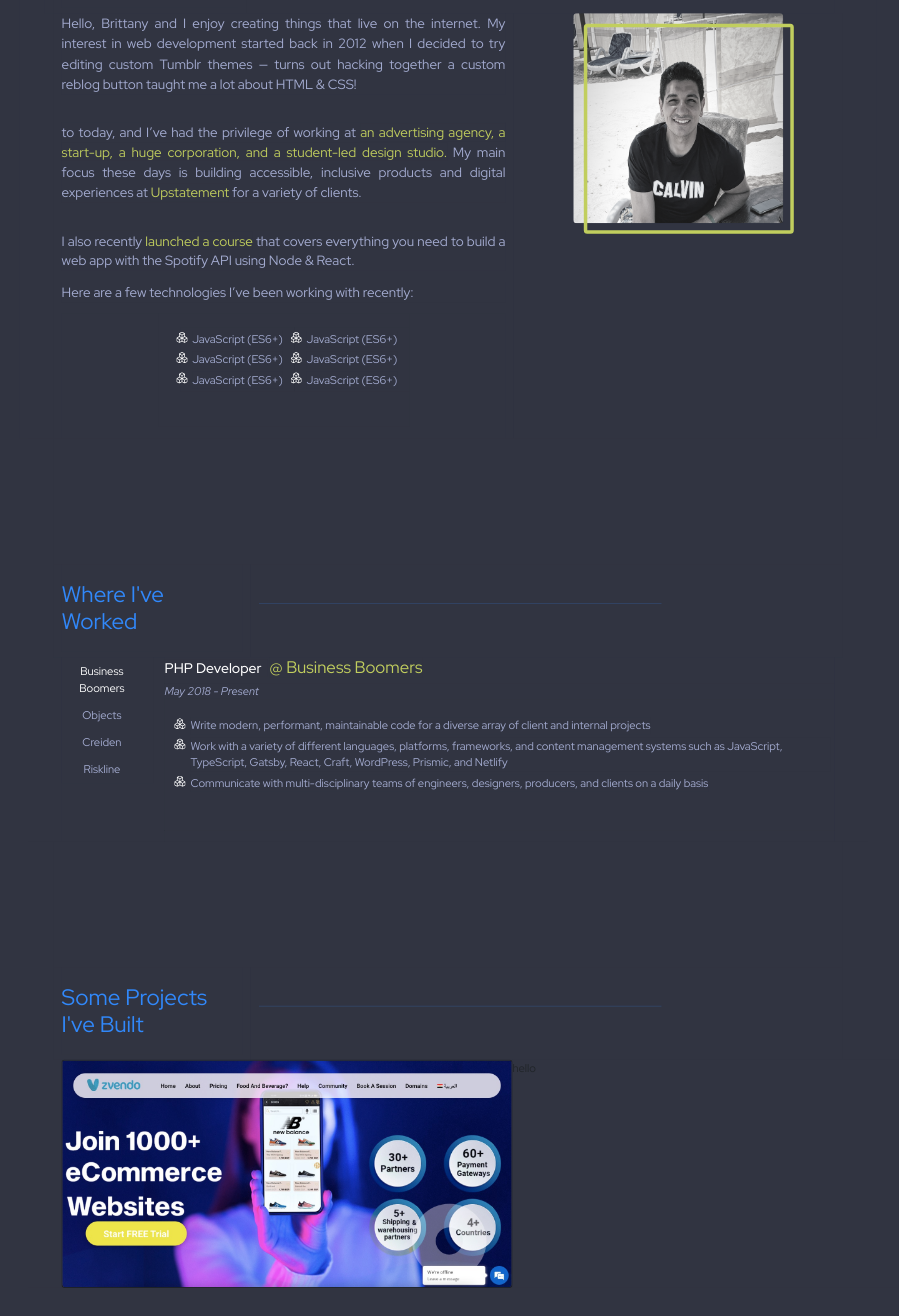
Repository: aya7abbal/Talaat-s-Portfolio
Page: index.html
The author's editor kept a copy of each file at every save. The page is drawn from the files as they stood at one save, then again after the next save.
The browser window is 1280 px wide. The page is 1284 px wide, so the pictures cover 1284 px, including what lies to the right of the window. The pictures show the part of the page from y = 937 to 2817 px (the page is 2817 px tall), at 70% of full size.
Some web libraries are served in a nearby version. The style sheet was rebuilt from its Sass, Less or Tailwind sources for each picture, by a compiler version that may differ from the author's.

Above is the page before, as saved 2022-02-07 18:57:01.

### index.html
<!DOCTYPE html>
<html lang="en">
  <head>
    <!-- Required meta tags -->
    <meta charset="utf-8" />
    <meta name="viewport" content="width=device-width, initial-scale=1" />

    <!-- Bootstrap CSS -->
    <link
      href="https://cdn.jsdelivr.net/npm/bootstrap@5.0.2/dist/css/bootstrap.min.css"
      rel="stylesheet"
      integrity="sha384-EVSTQN3/azprG1Anm3QDgpJLIm9Nao0Yz1ztcQTwFspd3yD65VohhpuuCOmLASjC"
      crossorigin="anonymous"
    />

    <!-- Favicon -->
    <link
      rel="shortcut icon"
      type="image/x-icon"
      href="./images/favicon/favicon.ico"
    />

    <!-- Font Awesome -->
    <script
      src="https://kit.fontawesome.com/fd7fa2f891.js"
      crossorigin="anonymous"
    ></script>

    <!-- Bootstrap Icons -->
    <link
      rel="stylesheet"
      href="https://cdn.jsdelivr.net/npm/bootstrap-icons@1.8.0/font/bootstrap-icons.css"
    />

    <!-- Main Stylesheet -->
    <link rel="stylesheet" href="./styles/styles.css" />

    <title>Ahmed's Portfolio</title>
  </head>
  <body>
    <!-- Navbar -->
    <nav class="navbar navbar-expand-md navbar-dark py-3">
      <div class="container-fluid d-flex justify-content-between">
        <div class="navbar-logo">
          <a class="navbar-brand navbar-border navbar-content__hidden" href="#"
            >AT</a
          >
        </div>

        <!-- Offcanvas  Hidden MENU -->
        <div class="offcanvas-menu">
          <button
            class="btn navbar-content__hidden rotating-icon"
            type="button"
            data-bs-toggle="offcanvas"
            data-bs-target="#offcanvasRight"
            aria-controls="offcanvasRight"
          >
            <i class="bi bi-x-diamond fs-2 text-white"></i>
          </button>
          <div
            class="offcanvas offcanvas-end"
            tabindex="-1"
            id="offcanvasRight"
            aria-labelledby="offcanvasRightLabel"
          >
            <div class="offcanvas-header">
              <h5 id="offcanvasRightLabel"></h5>
              <button
                type="button"
                class="btn text-reset"
                data-bs-dismiss="offcanvas"
                aria-label="Close"
              >
                <i class="bi bi-x-diamond fs-2 text-white rotated-icon"></i>
              </button>
            </div>
            <div class="offcanvas-body">
              <ul class="navbar-nav text-center">
                <li class="nav-item">
                  <a class="nav-link active" aria-current="page" href="#"
                    >About</a
                  >
                </li>
                <li class="nav-item">
                  <a class="nav-link" href="#">Experience</a>
                </li>
                <li class="nav-item">
                  <a class="nav-link" href="#">Work</a>
                </li>
                <li class="nav-item">
                  <a class="nav-link" href="#">Contact</a>
                </li>
                <li>
                  <a
                    class="btn btn-green my-4"
                    href="./Ahmed Talaat.pdf"
                    download
                  >
                    Resume</a
                  >
                </li>
              </ul>
            </div>
          </div>
        </div>

        <!-- NAVBAR Collapsable -->
        <div
          class="collapse navbar-collapse justify-content-between align-items-baseline"
          id="navbarNav"
        >
          <a class="navbar-brand navbar-border" href="#">AT</a>

          <ul class="navbar-nav">
            <li class="nav-item">
              <a class="nav-link active" aria-current="page" href="#">About</a>
            </li>
            <li class="nav-item">
              <a class="nav-link" href="#">Experience</a>
            </li>
            <li class="nav-item">
              <a class="nav-link" href="#">Work</a>
            </li>
            <li class="nav-item">
              <a class="nav-link" href="#">Contact</a>
            </li>
          </ul>

          <a
            class="btn btn-green"
            href="./Ahmed Talaat.pdf"
            download
          >Resume</a >
        </div>
      </div>
    </nav>
    <div class="body-wrapper">
      <!-- Introduction -->
      <div class="intro px-5">
        <h6>Hi, my name is</h6>

        <br />

        <h2>Ahmed Talaat.</h2>
        <h3 class="pb-2">I'm a Back-end Developer.</h3>

        <br />

        <p>
          I’m a software engineer specializing in building (and occasionally
          designing) exceptional digital experiences. Currently, I’m focused on
          building accessible, human-centered products at
          <a href="#">Riskline.</a>
        </p>

        <br />

        <a class=" btn btn-green btn-lg" href="https://calendly.com/atalaat-92/short-discussion?month=2022-02" target="_blank"> Book a Meeting</a>
      </div>

      <!-- About -->

      <div class="about px-5 row">
        <div class="section-header row">
          <div class="col-md-4 col-lg-3 col-5">
            <h4 class="py-4">About Me</h4>
          </div>
          <div class="col-md-8 col-lg-9 col-7">
            <hr />
          </div>
        </div>

        <!-- About Paragraph -->
        <div class="col-12 col-lg-7">
          <p>
            Hello, Brittany and I enjoy creating things that live on the
            internet. My interest in web development started back in 2012 when I
            decided to try editing custom Tumblr themes — turns out hacking
            together a custom reblog button taught me a lot about HTML & CSS!
          </p>
          <br />

          <p>
            to today, and I’ve had the privilege of working at
            <a href=""
              >an advertising agency, a start-up, a huge corporation, and a
              student-led design studio.</a
            >
            My main focus these days is building accessible, inclusive products
            and digital experiences at <a href="">Upstatement</a> for a variety
            of clients.
          </p>

          <br />
          <p>
            I also recently <a href="">launched a course</a> that covers
            everything you need to build a web app with the Spotify API using
            Node & React.
          </p>

          <p>Here are a few technologies I’ve been working with recently:</p>

          <div class="iconed-list d-flex justify-content-center">
            <ul class="row">
              <div class="col-6">
                <li>JavaScript (ES6+)</li>
                <li>JavaScript (ES6+)</li>
                <li>JavaScript (ES6+)</li>
              </div>

              <div class="col-6">
                <li>JavaScript (ES6+)</li>
                <li>JavaScript (ES6+)</li>
                <li>JavaScript (ES6+)</li>
              </div>
            </ul>
          </div>
        </div>

        <div class="col-12 col-lg-5 d-flex justify-content-center pb-5">
          <!-- About Image -->
          <div class="about-img">
           <div> <img
            src="./images/B903239F-D317-4387-9DFC-7195C9C90247_1_105_c.jpeg"
            alt=""
            width="300px"
            height="300px"
          /></div>
            <div class="about-img__border"></div>
          </div>
        </div>
      </div>

      <!-- Work -->

      <div class="work px-5">
        <div class="section-header row">
          <div class="col-md-4 col-lg-3 col-7">
            <h4 class="py-4">Where I've Worked</h4>
          </div>
          <div class="col-md-8 col-lg-9 col-5">
            <hr />
          </div>
        </div>
        <div>
          <!-- Nav tabs -->
          <div class="d-flex flex-md-row flex-column align-items-start">
            <div
              class="nav flex-md-column nav-pills me-3 mb-4 pe-md-3 nav-tabs"
              id="v-pills-tab"
              role="tablist"
              aria-orientation="vertical"
            >
              <button
                class="nav-link active"
                id="v-pills-home-tab"
                data-bs-toggle="pill"
                data-bs-target="#v-pills-home"
                type="button"
                role="tab"
                aria-controls="v-pills-home"
                aria-selected="true"
              >
                Business Boomers
              </button>
              <button
                class="nav-link"
                id="v-pills-profile-tab"
                data-bs-toggle="pill"
                data-bs-target="#v-pills-profile"
                type="button"
                role="tab"
                aria-controls="v-pills-profile"
                aria-selected="false"
              >
                Objects
              </button>
              <button
                class="nav-link"
                id="v-pills-messages-tab"
                data-bs-toggle="pill"
                data-bs-target="#v-pills-messages"
                type="button"
                role="tab"
                aria-controls="v-pills-messages"
                aria-selected="false"
              >
                Creiden
              </button>
              <button
                class="nav-link"
                id="v-pills-settings-tab"
                data-bs-toggle="pill"
                data-bs-target="#v-pills-settings"
                type="button"
                role="tab"
                aria-controls="v-pills-settings"
                aria-selected="false"
              >
                Riskline
              </button>
            </div>
            <div class="tab-content" id="v-pills-tabContent">
              <div
                class="tab-pane fade show active"
                id="v-pills-home"
                role="tabpanel"
                aria-labelledby="v-pills-home-tab"
              >
                <div class="work-title">
                  <h5 class="pe-2">PHP Developer</h5>
                  <h6>@ Business Boomers</h6>
                </div>
                <div class="work-date">
                  <i>May 2018 - Present </i>

                  <ul class="iconed-list">
                    <li>
                      Write modern, performant, maintainable code for a diverse
                      array of client and internal projects
                    </li>
                    <li>
                      Work with a variety of different languages, platforms,
                      frameworks, and content management systems such as
                      JavaScript, TypeScript, Gatsby, React, Craft, WordPress,
                      Prismic, and Netlify
                    </li>
                    <li>
                      Communicate with multi-disciplinary teams of engineers,
                      designers, producers, and clients on a daily basis
                    </li>
                  </ul>
                </div>
              </div>

              <div
                class="tab-pane fade"
                id="v-pills-profile"
                role="tabpanel"
                aria-labelledby="v-pills-profile-tab"
              >
                <div class="work-title">
                  <h5 class="pe-2">Back-end Developer</h5>
                  <h6>@ Objects</h6>
                </div>
                <div class="work-date">
                  <i>May 2018 - Present </i>

                  <ul class="iconed-list">
                    <li>
                      Write modern, performant, maintainable code for a diverse
                      array of client and internal projects
                    </li>
                    <li>
                      Work with a variety of different languages, platforms,
                      frameworks, and content management systems such as
                      JavaScript, TypeScript, Gatsby, React, Craft, WordPress,
                      Prismic, and Netlify
                    </li>
                    <li>
                      Communicate with multi-disciplinary teams of engineers,
                      designers, producers, and clients on a daily basis
                    </li>
                  </ul>
                </div>
              </div>

              <div
                class="tab-pane fade"
                id="v-pills-messages"
                role="tabpanel"
                aria-labelledby="v-pills-messages-tab"
              >
                <div class="work-title">
                  <h5 class="pe-2">Back-end Developer</h5>
                  <h6>@ Creiden</h6>
                </div>
                <div class="work-date">
                  <i>May 2018 - Present </i>

                  <ul class="iconed-list">
                    <li>
                      Write modern, performant, maintainable code for a diverse
                      array of client and internal projects
                    </li>
                    <li>
                      Work with a variety of different languages, platforms,
                      frameworks, and content management systems such as
                      JavaScript, TypeScript, Gatsby, React, Craft, WordPress,
                      Prismic, and Netlify
                    </li>
                    <li>
                      Communicate with multi-disciplinary teams of engineers,
                      designers, producers, and clients on a daily basis
                    </li>
                  </ul>
                </div>
              </div>

              <div
                class="tab-pane fade"
                id="v-pills-settings"
                role="tabpanel"
                aria-labelledby="v-pills-settings-tab"
              >
                <div class="work-title">
                  <h5 class="pe-2">Project Manager</h5>
                  <h6>@ Riskline</h6>
                </div>
                <div class="work-date">
                  <i>May 2018 - Present </i>

                  <ul class="iconed-list">
                    <li>
                      Write modern, performant, maintainable code for a diverse
                      array of client and internal projects
                    </li>
                    <li>
                      Work with a variety of different languages, platforms,
                      frameworks, and content management systems such as
                      JavaScript, TypeScript, Gatsby, React, Craft, WordPress,
                      Prismic, and Netlify
                    </li>
                    <li>
                      Communicate with multi-disciplinary teams of engineers,
                      designers, producers, and clients on a daily basis
                    </li>
                  </ul>
                </div>
              </div>
            </div>
          </div>
        </div>
      </div>

      <!-- Projects -->

      <div class="projects px-5">
        <div class="section-header row">
          <div class="col-md-4 col-lg-3 col-7">
            <h4 class="py-4">Some Projects I've Built</h4>
          </div>
          <div class="col-md-8 col-lg-9 col-5">
            <hr />
          </div>
        </div>

        <div class="project-card d-flex">
          <div class="card bg-dark text-white col-md-7">
            <img src="./images/project-1.jpeg" class="card-img" alt="...">
            <div class="card-img-overlay d-md-none">
              <h5 class="card-title">Card title</h5>
              <p class="card-text">This is a wider card with supporting text below as a natural lead-in to additional content. This content is a little bit longer.</p>
              <p class="card-text"></p>
            </div>
          </div>
          <div class="col-6 project-desc">
            hello
          </div>
        </div>
      </div>



    </div>


    <!-- Footer -->
    <footer>
      <div class="footer-left">
        <div class="footer-left__link">
          <i class="fab fa-github"><a href="#"></a></i>
        </div>
        <div class="footer-left__link">
          <i class="fab fa-twitter"><a href=""></a></i>
        </div>
        <div class="footer-left__link">
          <i class="fab fa-linkedin-in"><a href=""></a></i>
        </div>
        <div class="footer-left__link">
          <i class="fas fa-phone"><a href=""></a></i>
        </div>
        <div class="footer-left__link line"></div>
      </div>



      <div class="footer-right">
        <div class="footer-right__link">
          <a href="">@ahmed.talaat.92@hotmail.com</a>

        <div class="footer-right__link line"></div>
      </div>
    </footer>

    <!-- Bootstrap Bundle with Popper -->
    <script
      src="https://cdn.jsdelivr.net/npm/bootstrap@5.0.2/dist/js/bootstrap.bundle.min.js"
      integrity="sha384-MrcW6ZMFYlzcLA8Nl+NtUVF0sA7MsXsP1UyJoMp4YLEuNSfAP+JcXn/tWtIaxVXM"
      crossorigin="anonymous"
    ></script>
    <script type="module" src="./scripts/script.js"></script>
  </body>
</html>

### scripts/script.js
// const rotatingIcon = document.querySelector(".rotating-icon")
// const rotatedIcon = document.querySelector(".rotated-icon")


// rotatingIcon.addEventListener('click',function(event) {
// console.log(event)
//     rotatingIcon.style.display="hidden"
// })

### styles/styles.scss

// Fonts
@import url('https://fonts.googleapis.com/css2?family=Dosis:wght@200;300;400;500;600&family=Red+Hat+Display:ital,wght@0,300;0,400;0,500;0,600;0,700;0,900;1,300;1,400;1,500;1,600&family=Satisfy&display=swap');
// Partials
@import "./components/navbar";
@import"./components/footer";
@import "./variables/colors";
@import "./components/buttons";
@import "./variables/fonts";
@import "./components/pages";
@import "./variables/images";
@import "./components/projects";




// font-family: 'Dosis', sans-serif;
// font-family: 'Red Hat Display', sans-serif;
// font-family: 'Satisfy', cursive;

*{
font-family: 'Red Hat Display', sans-serif;
background-color: var(--navy);

}

body{
    margin: 0%;
    max-width: 100%;
    overflow-x: hidden;
    background-color: var(--navy);

    @media (min-width:768px) {
        padding: 40px;
    }
}

### styles/components/_navbar.scss
.navbar-content__hidden{
    display: none;
    @media (max-width:768px) {
        display: inline-block;
    }
}

.navbar-brand{
    border: solid 2px var(--green);
    border-radius: 5px 20px;
    padding: 8px;

    &:hover{
        background-color: var(--green);
    }
}

### styles/components/_footer.scss
footer {

    @media (max-width:768px) {
display: none;
    }

  .footer-left {
    position: fixed;
    bottom: 10px;
    left: 20px;
    i {
      font-size: 1.2em;
      color: white;
      margin: 20px 10px;
      &:hover{
          color: greenyellow;
          transform: translateY(-3px);
      }
    }

    .line {
      border-right: 1px solid white;
      padding: 20px;
      height: 100px;
      background-color: transparent;
      transform: translatex(-19px);
      margin-top: 15px;
    }
  }


  .footer-right {
    position: fixed;
    bottom: 10px;
    right: 20px;
    i{
      font-size: 1.2em;
      color: white;
      margin: 15px 10px;
      &:hover{
          color: greenyellow;
          transform: translateY(-3px);
      }


    }

    a{
        writing-mode: vertical-rl;
        transform: translatex(10px);
        color: white;
        font-size: 1em;
        &:hover{
            color: greenyellow;
            text-decoration: none;
        }
    }

    .line {
      border-right: 1px solid white;
      padding: 20px;
      height: 100px;
      background-color: transparent;
      transform: translatex(-19px);
      margin-top: 15px;
    }
  }
}

### styles/variables/_colors.scss
:root{
    --navy:#313441;
    --lgreen:#c1ce5e;
    --grey:#A4A6BF;
    --bblue:hsl(220, 47%, 62%);
    --green:#97A629;
    --lgreeno:#c1ce5e11;
    --lgrey:#bbc1dd;
    --mdgrey:#a4acd1;
    --blue:#3188fa;

}

### styles/components/_buttons.scss
.btn-green {
  border: 2px solid var(--green);
  padding: 8px;
  color:white;
  border-radius: 5px;

  &:hover {
    color: rgb(197, 197, 197);
    background-color: var(--lgreeno);
  }
}

.btn-blue{
    border: 2px solid var(--blue);
    padding: 8px;
    color:white;
    border-radius: 5px;

    &:hover {
      color: rgb(197, 197, 197);
      background-color: var(--bblue);
    }
}

.rotating-icon, .rotated-icon {
  transform: rotate(45deg) !important;
  z-index: 100;

  &:hover {
    transform: rotate(90deg) !important;
    transition: 0.6s;


  }
  &:active &:focus {
    transform: rotate(90deg) !important;
  }
}

### styles/variables/_fonts.scss



h2 {
  color: white;
  font-size: 2.3em;

  @media (min-width: 768px) {
    font-size: 2.9em;
  }
}

h3 {
  color: var(--blue);
  font-weight: 600;
  font-size: 2.2em;

  @media (min-width: 768px) {
    font-size: 2.7em;
  }
}

h4 {
  color: var(--blue);
  font-weight: 400;
  font-size: 1.5em;
  background-color: var(--navy);

  @media (min-width: 768px) {
    font-size: 2em;
  }
}

h5{
  color: white;
  display: inline-block;
}

h6 {
  font-size: 1.2em;
  color: var(--lgreen);
  font-weight: 400;
  display: inline-block;

  @media (min-width: 768px) {
    font-size: 1.5em;
  }
}

a {
  color: var(--lgreen);
  text-decoration: none;

  &:hover {
    color: var(--green);
    text-decoration: underline;
  }
}

ul{

    padding-top:20px;
    padding-bottom: 50px;
}
.iconed-list li{
    list-style-image:url(../svg/list.svg);
    color: var(--mdgrey);

    padding:10px 10px 0px 10px;
    margin: 5px;
    width: fit-content;
    padding: 0%;
}

p {
  font-size: 1.2em;
  color: var(--mdgrey);
  font-weight: 400;
  text-align: justify;

  @media (min-width: 768px) {
    font-size: 1.2em;
  }
}

i{
  color: var(--mdgrey);
}

.nav-tabs .nav-link{

  color: var(--mdgrey);
  background-color: transparent !important;
  // text-decoration: underline;
  text-decoration-color: var(--mdgrey);

  &:focus{
    background-color: transparent !important;
    color: var(--lgreen);
    border-bottom-color: var(--lgreen);

  }

  &:active{
    background-color: transparent !important;
    color: var(--lgreen);


  }



}

### styles/components/_pages.scss

// INTRODUCTION
.intro{
    padding-top: 160px;
}

// ABOUT


.section-header{
    padding-top:180px ;
    hr{
        position: relative;
        top:30%;
        color: var(--blue);
        width: 70%;
    }
}

#v-pills-tab{
    border: none;
}

### styles/variables/_images.scss
.about-img {
  height: fit-content;
  position: relative;
  display: flex;
  flex-direction: column;
  justify-content: center;


  img {
    // filter: invert(25%) sepia(77%) saturate(2565%) hue-rotate(200deg)
      // brightness(103%) contrast(96%) opacity(90%);
    border-radius: 5px;
    filter: grayscale(90%);
  }
  &:hover {
    img {
      filter: none;
    }
    .about-img__border{
        transform: translate(0px, 0px);
        transition: .1s;


    }
  }

  .about-img__border {
    position: absolute;
    border: 5px solid var(--lgreen);
    border-radius: 5px;
    width: 300px;
    height: 300px;
    transform: translate(15px, 15px);
    background-color: transparent;
  }
}

### styles/components/_projects.scss


.card-img-overlay {
    opacity: 90%;
}

After the next save:
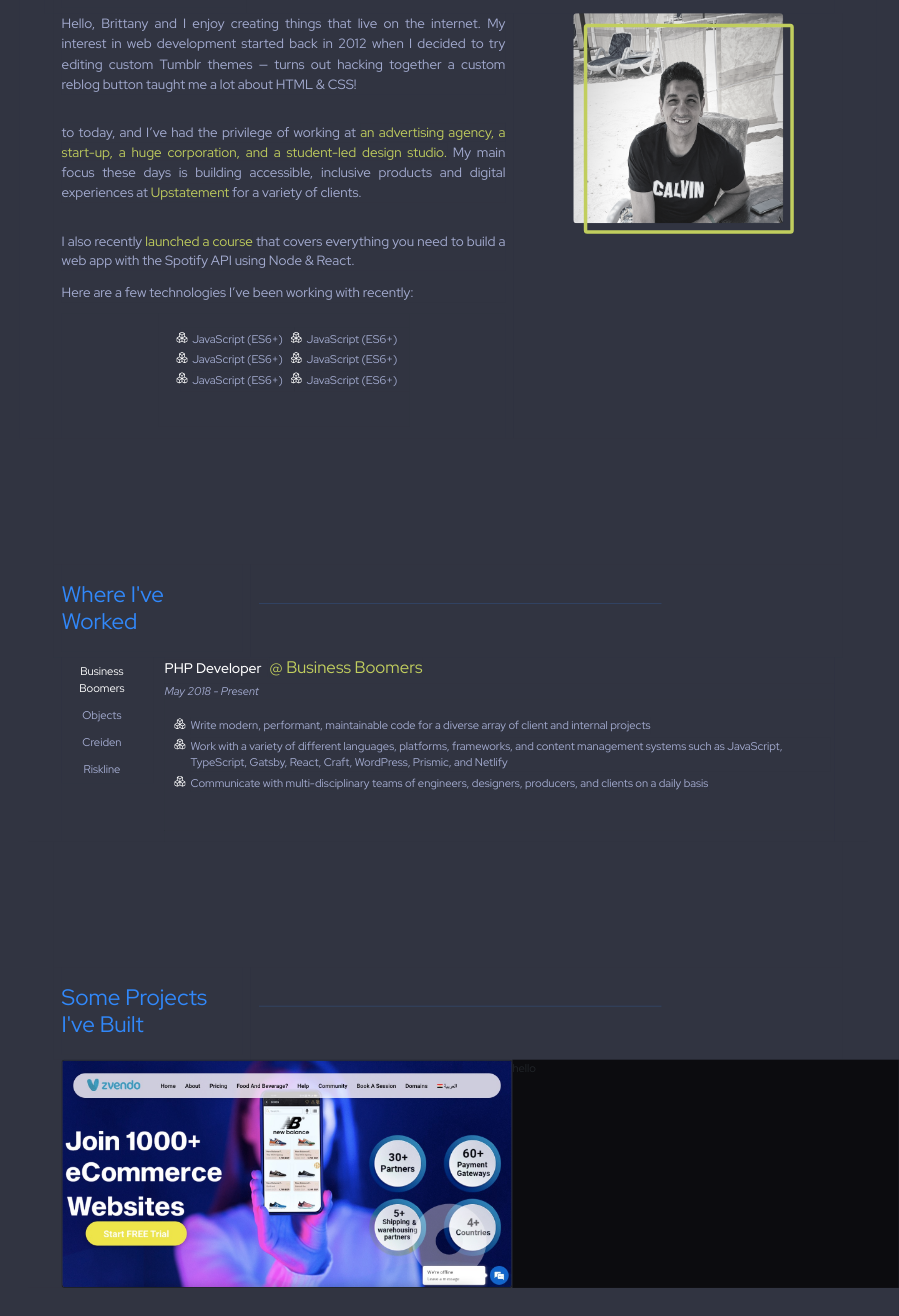
Saved 30 s later.
--- a/styles/components/_projects.scss
+++ b/styles/components/_projects.scss
@@ -2,4 +2,9 @@
 
 .card-img-overlay {
     opacity: 90%;
+
 }
+
+.project-desc{
+    background-color: rgb(12, 12, 15);
+}
